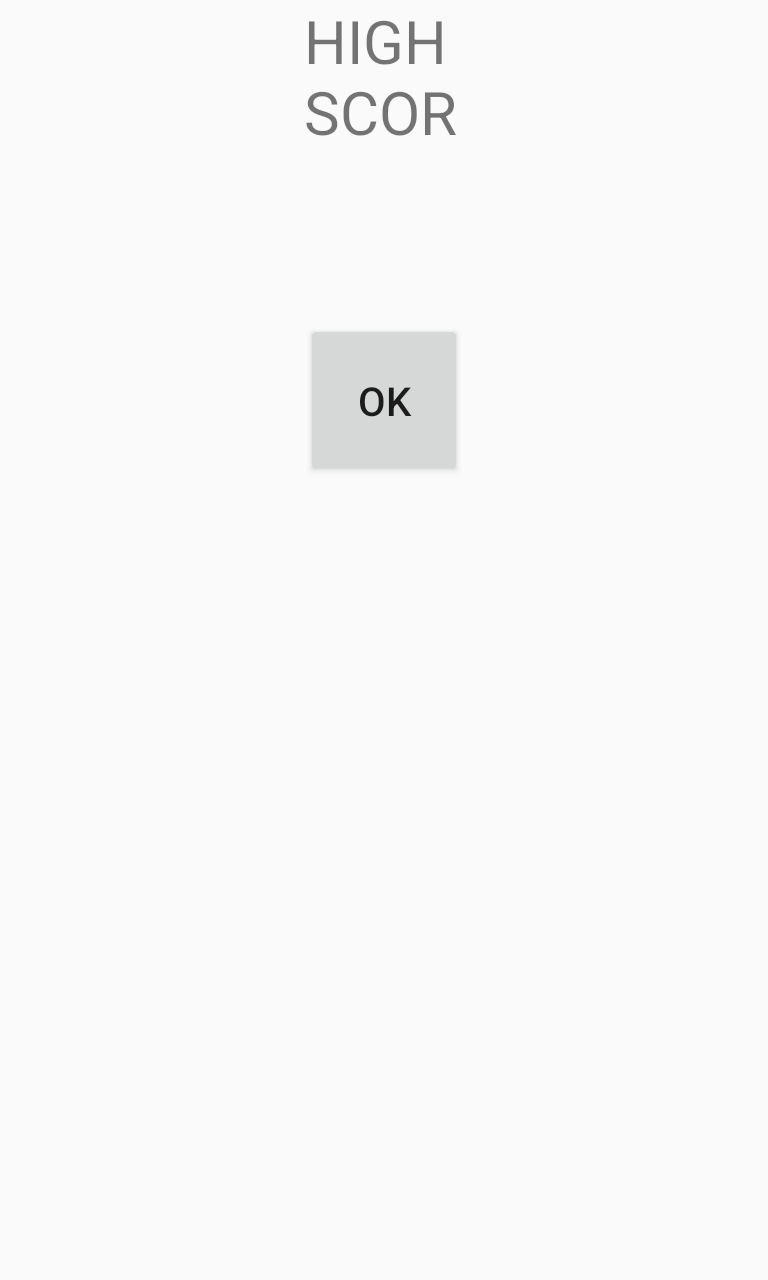
Repository: JoanneCaroll/Mathbomb
Layout: MathBomb/res/layout/activity_highscore.xml
The author's editor kept a copy of each file at every save. The layout is drawn from the files as they stood at one save, then again after the next save.
It is drawn on a 768 x 1280 px phone screen (xhdpi) without system bars, with theme AppTheme; the app's code is not run.

Above is the layout before, as saved 2014-11-12 06:03:27.

After the next save:
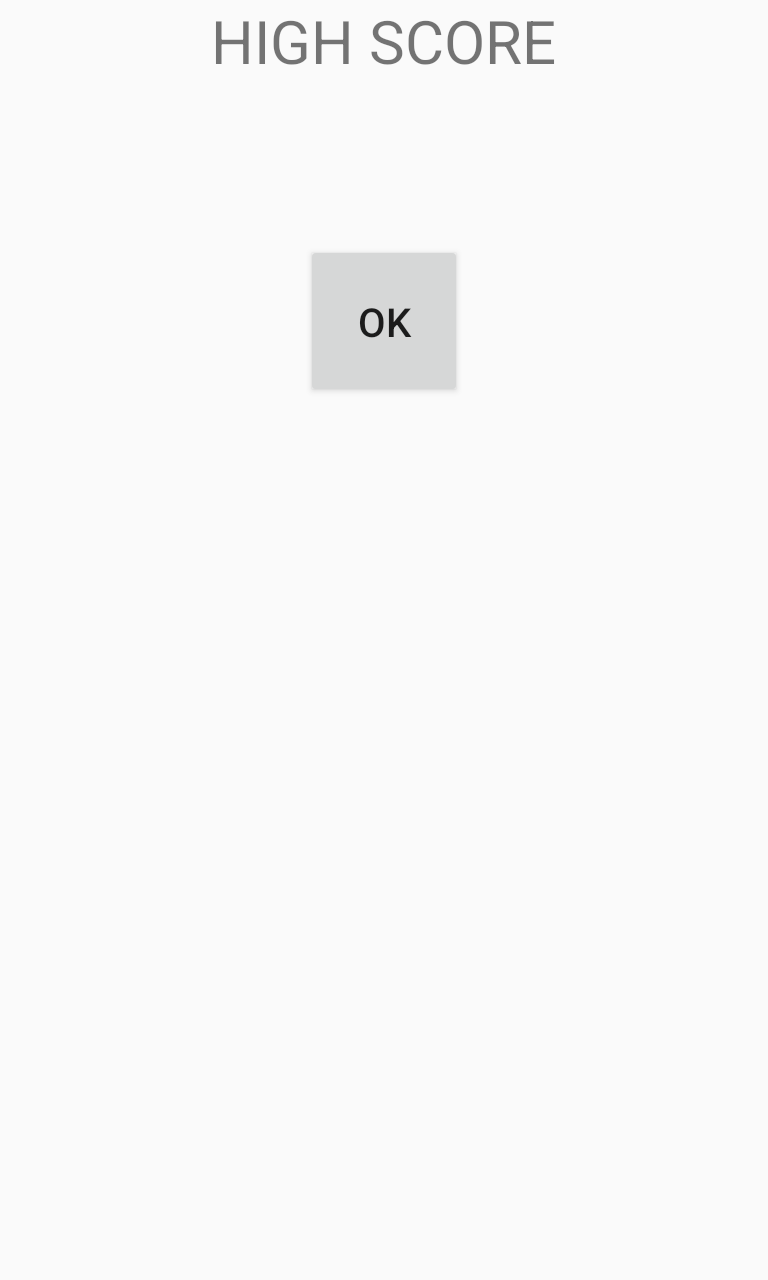
Saved 35 s later.
--- a/MathBomb/res/layout/activity_highscore.xml
+++ b/MathBomb/res/layout/activity_highscore.xml
@@ -8,10 +8,10 @@
     <TextView
         android:layout_gravity="center"
         android:id="@+id/highscoreshow"
-        android:layout_width="80dp"
-        android:layout_height="80dp"
+        android:layout_width="wrap_content"
+        android:layout_height="wrap_content"
         android:textSize="30dp"
-        android:text="HIGHSCORE"/>
+        android:text="HIGH SCORE"/>
 
     <LinearLayout
         android:layout_width="match_parent"
